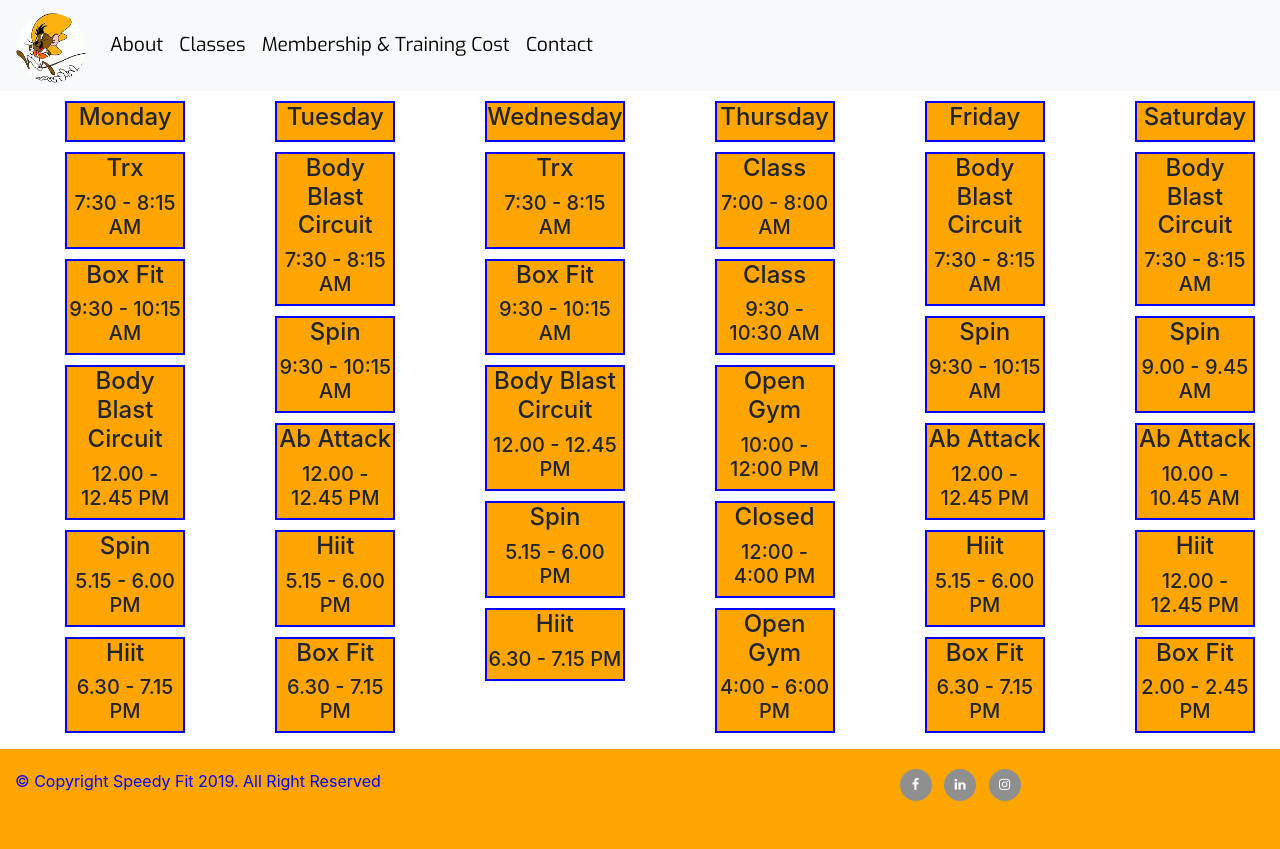
Repository: marcomoreschi/Milestrone-project
Page: classes.html
The author's editor kept a record of every edit. The page is drawn from the files as they stood at one moment, then again after the next edit.
The browser window is 1280 px wide. The pictures show the whole page.
Some web libraries are served in a nearby version.

Above is the page before.

### classes.html
<!DOCTYPE html>
<html lang="en">

<head>
    <meta charset="UTF-8">
    <meta name="viewport" content="width=device-width, initial-scale=1.0">
    <meta http-equiv="X-UA-Compatible" content="ie=edge">
    <link rel="stylesheet" href="https://maxcdn.bootstrapcdn.com/bootstrap/4.2.1/css/bootstrap.min.css" type="text/css" />
    <link rel="stylesheet" href="https://maxcdn.bootstrapcdn.com/font-awesome/4.7.0/css/font-awesome.min.css" type="text/css" />
    <link rel="stylesheet" href="https://cdnjs.cloudflare.com/ajax/libs/hover.css/2.1.1/css/hover-min.css" type="text/css" />
    <link rel="stylesheet" href="assets/css/style.css">
    <title>Speedy Fit</title>
</head>

<body>

    <header>

        <nav class="navbar navbar-expand-lg navbar-light bg-light">
            <a class="navbar-brand" href="index.html">
      <img src="assets/images/logo.jpg"></img>
        </a>
            <button class="navbar-toggler" type="button" data-toggle="collapse" data-target="#navbarNavDropdown" aria-controls="navbarNavDropdown" aria-expanded="false" aria-label="Toggle navigation">
    <span class="navbar-toggler-icon"></span>
  </button>
            <div class="collapse navbar-collapse" id="navbarNavDropdown">
                <ul class="navbar-nav">
                    <li class="nav-item active">
                        <a class="nav-link" href="index.html">About<span class="sr-only">(current)</span></a>
                    </li>
                    <li class="nav-item">
                        <a class="nav-link" href="classes.html">Classes</a>
                    </li>
                    <li class="nav-item">
                        <a class="nav-link" href="membership&trainingcost.html">Membership & Training Cost</a>
                    </li>
                    <li class="nav-item">
                        <a class="nav-link" href="contact.html">Contact</a>
                    </li>
                </ul>
            </div>
        </nav>

    </header>

        <section class="container-fluid classes-breakdown">

  <div class="row">
      <div class="col-sm">
    <ul class="class-timetable-day">
                <li class="day">
                    <h4>Monday</h4>
                </li>
                <li class="class-time">
                    <h4>Trx</h4>
                    <h5>7:30 - 8:15 AM</h5>
                </li>
                <li class="class-time">
                    <h4>Box Fit</h4>
                    <h5>9:30 - 10:15 AM</h5>
                </li>
                <li class="class-time">
                    <h4>Body Blast Circuit</h4>
                    <h5>12.00 - 12.45 PM</h5>
                </li>
                <li class="class-time">
                    <h4>Spin</h4>
                    <h5>5.15 - 6.00 PM</h5>
                </li>
                <li class="class-time">
                    <h4>Hiit</h4>
                    <h5>6.30 - 7.15 PM</h5>
                </li>

            </div>

            <div class="col-sm">
    <ul class="class-timetable-day">
                <li class="day">
                    <h4>Tuesday</h4>
                </li>
                <li class="class-time">
                    <h4>Body Blast Circuit</h4>
                    <h5>7:30 - 8:15 AM</h5>
                </li>
                <li class="class-time">
                    <h4>Spin</h4>
                    <h5>9:30 - 10:15 AM</h5>
                </li>
                <li class="class-time">
                    <h4>Ab Attack</h4>
                    <h5>12.00 - 12.45 PM</h5>
                </li>
                <li class="class-time">
                    <h4>Hiit</h4>
                    <h5>5.15 - 6.00 PM</h5>
                </li>
                <li class="class-time">
                    <h4>Box Fit</h4>
                    <h5>6.30 - 7.15 PM</h5>
                </li>
            </div>

            <div class="col-sm">
    <ul class="class-timetable-day">
                <li class="day">
                    <h4>Wednesday</h4>
                </li>
                <li class="class-time">
                    <h4>Trx</h4>
                    <h5>7:30 - 8:15 AM</h5>
                </li>
                <li class="class-time">
                    <h4>Box Fit</h4>
                    <h5>9:30 - 10:15 AM</h5>
                </li>
                <li class="class-time">
                    <h4>Body Blast Circuit</h4>
                    <h5>12.00 - 12.45 PM</h5>
                </li>
                <li class="class-time">
                    <h4>Spin</h4>
                    <h5>5.15 - 6.00 PM</h5>
                </li>
                <li class="class-time">
                    <h4>Hiit</h4>
                    <h5>6.30 - 7.15 PM</h5>
                </li>
            </div>

            <div class="col-sm">
    <ul class="class-timetable-day">
                <li class="day">
                    <h4>Thursday</h4>
                </li>
                <li class="class-time">
                    <h4>Class</h4>
                    <h5>7:00 - 8:00 AM</h5>
                </li>
                <li class="class-time">
                    <h4>Class</h4>
                    <h5>9:30 - 10:30 AM</h5>
                </li>
                <li class="class-time">
                    <h4>Open Gym</h4>
                    <h5>10:00 - 12:00 PM</h5>
                </li>
                <li class="class-time">
                    <h4>Closed</h4>
                    <h5>12:00 - 4:00 PM</h5>
                </li>
                <li class="class-time">
                    <h4>Open Gym</h4>
                    <h5>4:00 - 6:00 PM</h5>
                </li>
            </div>

      <div class="col-sm">
    <ul class="class-timetable-day">
                <li class="day">
                    <h4>Friday</h4>
                </li>
                <li class="class-time">
                    <h4>Body Blast Circuit</h4>
                    <h5>7:30 - 8:15 AM</h5>
                </li>
                <li class="class-time">
                    <h4>Spin</h4>
                    <h5>9:30 - 10:15 AM</h5>
                </li>
                <li class="class-time">
                    <h4>Ab Attack</h4>
                    <h5>12.00 - 12.45 PM</h5>
                </li>
                <li class="class-time">
                    <h4>Hiit</h4>
                    <h5>5.15 - 6.00 PM</h5>
                </li>
                <li class="class-time">
                    <h4>Box Fit</h4>
                    <h5>6.30 - 7.15 PM</h5>
                </li>
            </div>

           <div class="col-sm">
        <ul class="class-timetable-day">
                <li class="day">
                    <h4>Saturday</h4>
                </li>
                <li class="class-time">
                    <h4>Body Blast Circuit</h4>
                    <h5>7:30 - 8:15 AM</h5>
                </li>
                <li class="class-time">
                    <h4>Spin</h4>
                    <h5>9.00 - 9.45 AM</h5>
                </li>
                <li class="class-time">
                    <h4>Ab Attack</h4>
                    <h5>10.00 - 10.45 AM</h5>
                </li>
                <li class="class-time">
                    <h4>Hiit</h4>
                    <h5>12.00 - 12.45 PM</h5>
                </li>
                <li class="class-time">
                    <h4>Box Fit</h4>
                    <h5>2.00 - 2.45 PM</h5>
                </li>

      </div>
    </div>

  </section>

    <footer class="container-fluid ">
        <div id="footer-details " class="row ">
            <div class="col-sm-6 ">
                <p class="copyright">&#169; Copyright Speedy Fit 2019. All Right Reserved</p>
            </div>
            <div class="col-sm-6 ">
                <ul class="list-inline social-links ">
                    <li class="list-inline-item ">
                        <a target="_blank " href="# ">
                            <i class="fa fa-facebook " aria-hidden="true "></i>
                            <span class="sr-only ">Facebook</span>
                        </a>
                    </li>
                    <li class="list-inline-item ">
                        <a target="_blank " href="#">
                            <i class="fa fa-linkedin " aria-hidden="true "></i>
                            <span class="sr-only ">LinkedIn</span>
                        </a>
                    </li>
                    <li class="list-inline-item ">
                        <a target="_blank " href="# ">
                            <i class="fa fa-instagram " aria-hidden="true "></i>
                            <span class="sr-only ">Instagram</span>
                        </a>
                    </li>
                </ul>
            </div>
        </div>
    </footer>


    <!-- Bootstraps Link -->
<script src="https://code.jquery.com/jquery-3.3.1.slim.min.js" integrity="sha384-q8i/X+965DzO0rT7abK41JStQIAqVgRVzpbzo5smXKp4YfRvH+8abtTE1Pi6jizo" crossorigin="anonymous"></script>
<script src="https://cdnjs.cloudflare.com/ajax/libs/popper.js/1.14.6/umd/popper.min.js" integrity="sha384-wHAiFfRlMFy6i5SRaxvfOCifBUQy1xHdJ/yoi7FRNXMRBu5WHdZYu1hA6ZOblgut" crossorigin="anonymous"></script>
<script src="https://stackpath.bootstrapcdn.com/bootstrap/4.2.1/js/bootstrap.min.js" integrity="sha384-B0UglyR+jN6CkvvICOB2joaf5I4l3gm9GU6Hc1og6Ls7i6U/mkkaduKaBhlAXv9k" crossorigin="anonymous"></script>

</body>

</html>

### assets/css/style.css
@import url('https://fonts.googleapis.com/css?family=Roboto:100,200,300,400,500,600,700|Exo:100,200,300,400,500,600,700');


/* -----------------------------------------Heading */

.navbar {
    margin-bottom: 0;
    border: 0;
    background-color: black;
    text-align: center;
}

.navbar-brand {
    height: 75px;
}

.navbar-brand img {
    width: 70px;
    height: 70px;
    border-radius: 50%;
}

.nav-item a {
    font-size: 1.2em;
    font-family: 'Exo', sans-serif;
    color: black !important;
}

.navbar ul li a:hover {
    color: #ffa500 !important;
    transition: all 0.35s ease-in-out;
    -moz-transition: all 0.35s ease-in-out;
    -webkit-transition: all 0.35s ease-in-out;
    -o-transition: all 0.35s ease-in-out;
}

/* -----------------------------------------About */

.rope {
    width: 100%;
    height: 600px;
}

.container h2 {
    text-align: center;
    padding-top: 30px;
    color: #000;
    text-transform: uppercase;
}

.container p {
    text-align: center;
    padding-bottom: 50px;
    color: #000;
    font-size: 1.5em;
}

/* -----------------------------------------Contact Form */

#location-details{
    padding-top: 100px;
}
.opening-hour p {
    text-align: left;
    font-size: 1.4em;
}


.mapouter {
    margin-top: -50px;
}

.location-gym p {
    text-align: left;
    padding-top: 20px;
}

.container-fluid h3 {
    text-transform: uppercase;
    font-weight: bold;
    text-align: center;
}

.contact-heading {
    font-family: "Exo", sans-serif;
    font-weight: 300;
    margin-top: 25px;
    margin-bottom: 20px;
    padding-top: 20px;
}

.center-form {
    padding-top: 20px;
    margin: 0 auto;
    max-width: 70%;
}

button[type="submit"] {
    margin-top: 15px;
    margin-bottom: 20px;
    color: #fafafa;
    background-color: #ffa500;
}

/* create media queries so it look good on mobilephone */
@media(min-width: 992px) {
    .center-form {
        padding-top: 30px;
        min-height: 240px;
        margin: 0 auto;
        max-width: 50%;
    }
}

.hours-details {
    padding-top: 30px;
}

.hours-details h4 {
    text-transform: uppercase;
    font-weight: bold;
}

/* -----------------------------------------Classes */

.class-time {
  font-size: 1.2em;
}

.class-timetable-day li {
    border: 2px solid blue;
    list-style-type: none;
    margin: 10px;
    overflow: auto;
    background: #ffa500;
    text-align: center;
}




/* -----------------------------------------Footer */

footer {
    background-color: #ffa500;
    color: #fafafa;
    min-height: 100px;
    margin: 0;
}

.social-links {
    padding-top: 20px;
    text-align: center;
}

.social-links li a i {
    width: 32px;
    height: 32px;
    padding: 12px 0;
    border-radius: 50%;
    font-size: 13px;
    line-height: 7px;
    text-align: center;
    color: #fafafa;
    background: #8f8f8f;
    transition: all 0.35s ease-in-out;
    -moz-transition: all 0.35s ease-in-out;
    -webkit-transition: all 0.35s ease-in-out;
    -o-transition: all 0.35s ease-in-out;
}

.social-links li a i:hover {
    background: #e84610;
}

.copyright {
    color: blue;
    padding-top: 20px;
}

After the next edit:
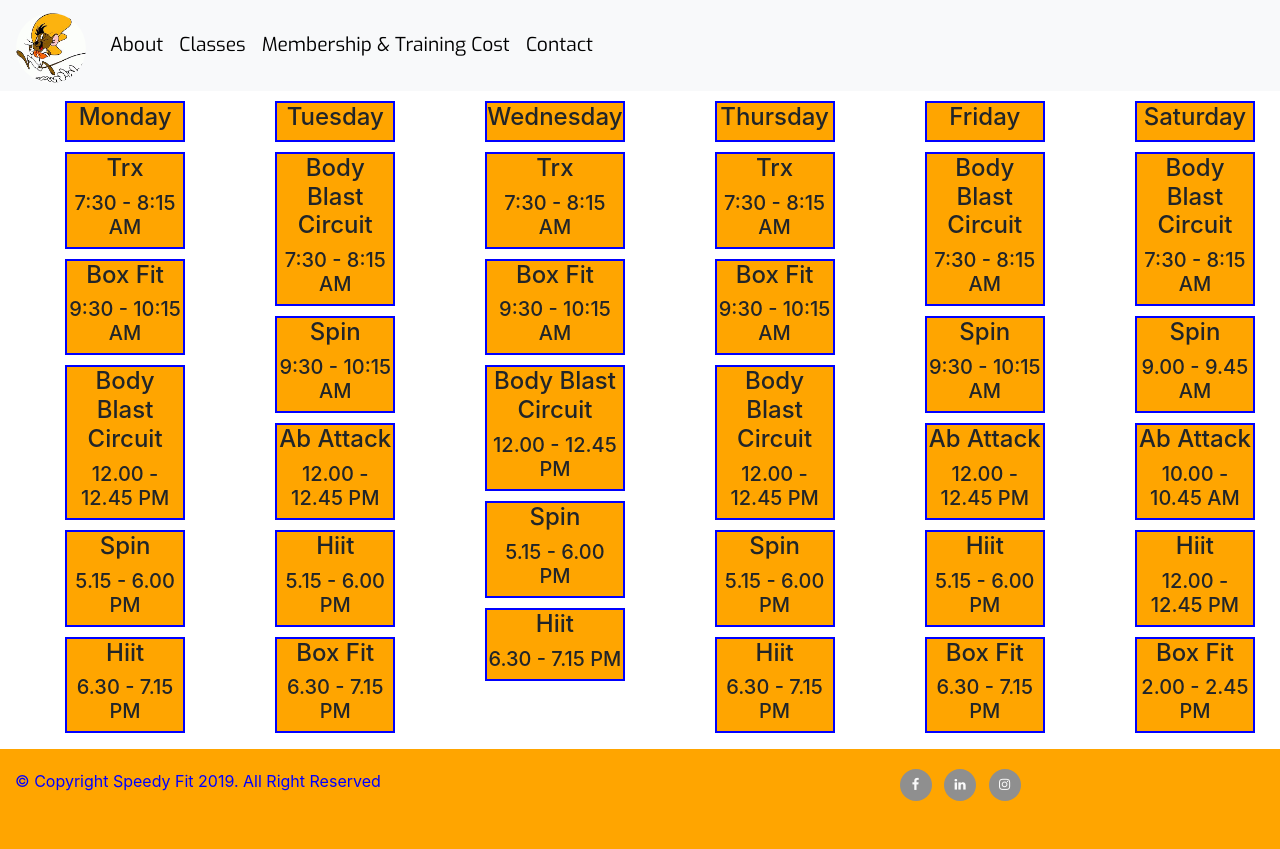
The edit:
--- a/classes.html
+++ b/classes.html
@@ -134,25 +134,26 @@
                     <h4>Thursday</h4>
                 </li>
                 <li class="class-time">
-                    <h4>Class</h4>
-                    <h5>7:00 - 8:00 AM</h5>
-                </li>
-                <li class="class-time">
-                    <h4>Class</h4>
-                    <h5>9:30 - 10:30 AM</h5>
-                </li>
-                <li class="class-time">
-                    <h4>Open Gym</h4>
-                    <h5>10:00 - 12:00 PM</h5>
-                </li>
-                <li class="class-time">
-                    <h4>Closed</h4>
-                    <h5>12:00 - 4:00 PM</h5>
-                </li>
-                <li class="class-time">
-                    <h4>Open Gym</h4>
-                    <h5>4:00 - 6:00 PM</h5>
-                </li>
+                    <h4>Trx</h4>
+                    <h5>7:30 - 8:15 AM</h5>
+                </li>
+                <li class="class-time">
+                    <h4>Box Fit</h4>
+                    <h5>9:30 - 10:15 AM</h5>
+                </li>
+                <li class="class-time">
+                    <h4>Body Blast Circuit</h4>
+                    <h5>12.00 - 12.45 PM</h5>
+                </li>
+                <li class="class-time">
+                    <h4>Spin</h4>
+                    <h5>5.15 - 6.00 PM</h5>
+                </li>
+                <li class="class-time">
+                    <h4>Hiit</h4>
+                    <h5>6.30 - 7.15 PM</h5>
+                </li>
+
             </div>
 
       <div class="col-sm">
